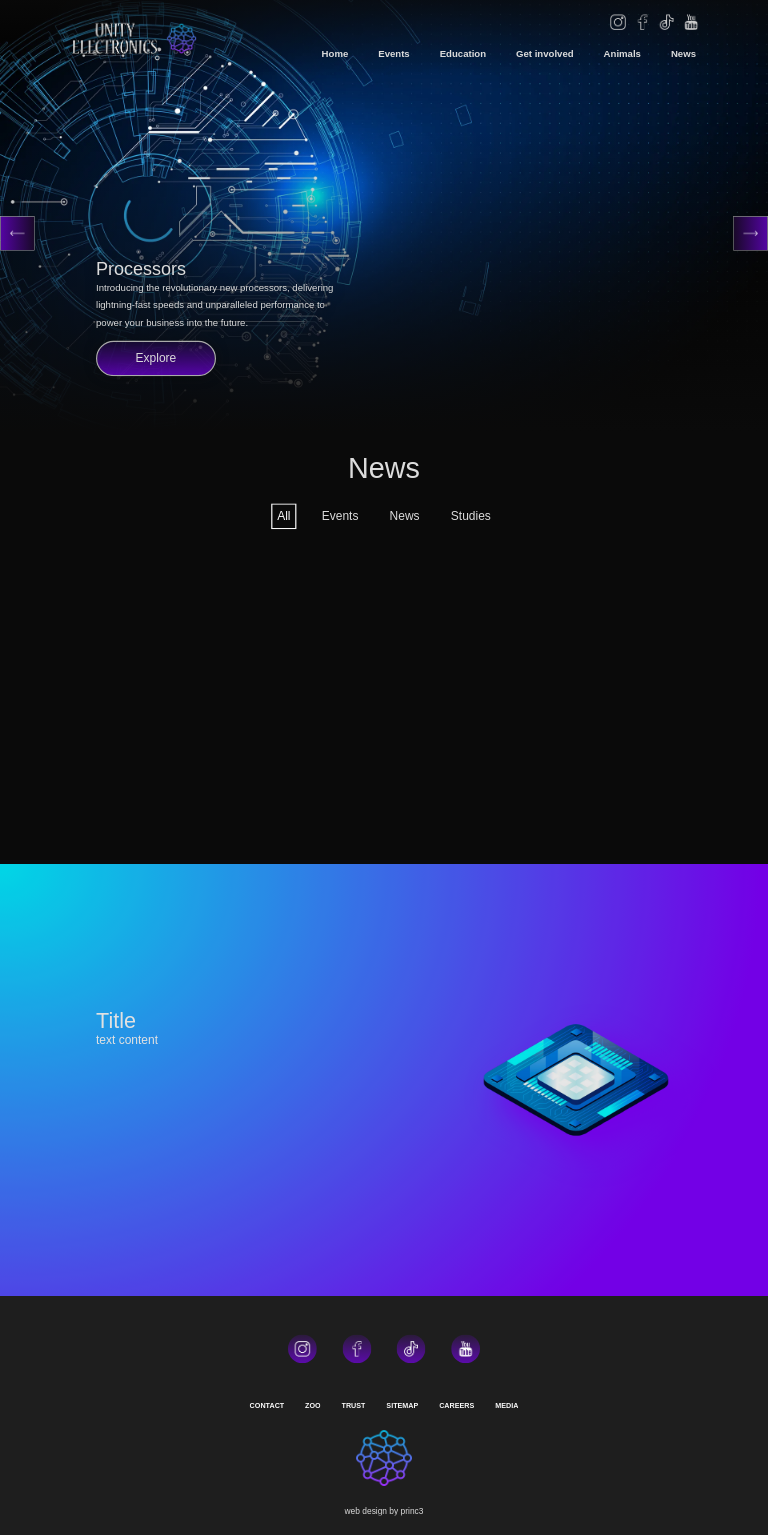
Repository: princ3-web/five
Page: /
These files come from the project's save history. The page is drawn as it stood at one moment and after the next save; the edit follows.
The browser window is 1280 px wide. The pictures show the whole page, at 60% of full size.
The project was rebuilt for these pictures with package versions that can differ from the ones it lists, and the page was loaded fresh each time. Also part of the build but not shown: src/css/subpage.module.css, src/pages/Events.jsx, src/pages/Education.jsx, src/pages/Membership.jsx, src/pages/Animals.jsx, src/pages/News.jsx, src/pages/Support.jsx.

Above is the page before, as saved 2023-05-08 18:48:19.

After the next save:
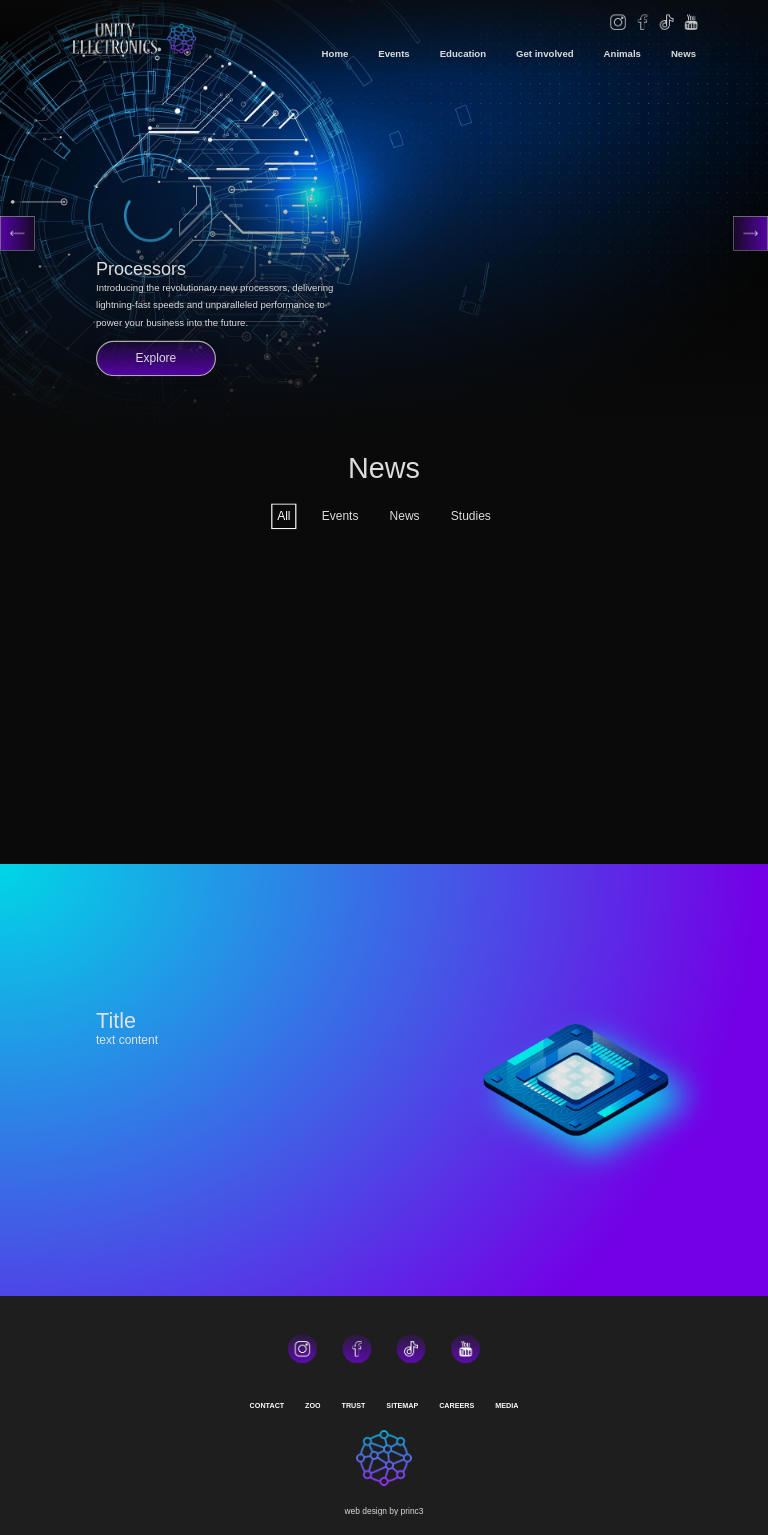
Saved 10 s later.
--- a/src/css/objectscroller.module.css
+++ b/src/css/objectscroller.module.css
@@ -4,7 +4,7 @@
   transform: translateY(-50%);
   right: 10rem;
   width: 20rem;
-  filter: drop-shadow(27px 27px 27px var(--violet-300));
+  filter: drop-shadow(27px 27px 27px var(--teal-300));
 }
 
 .textContainer {
